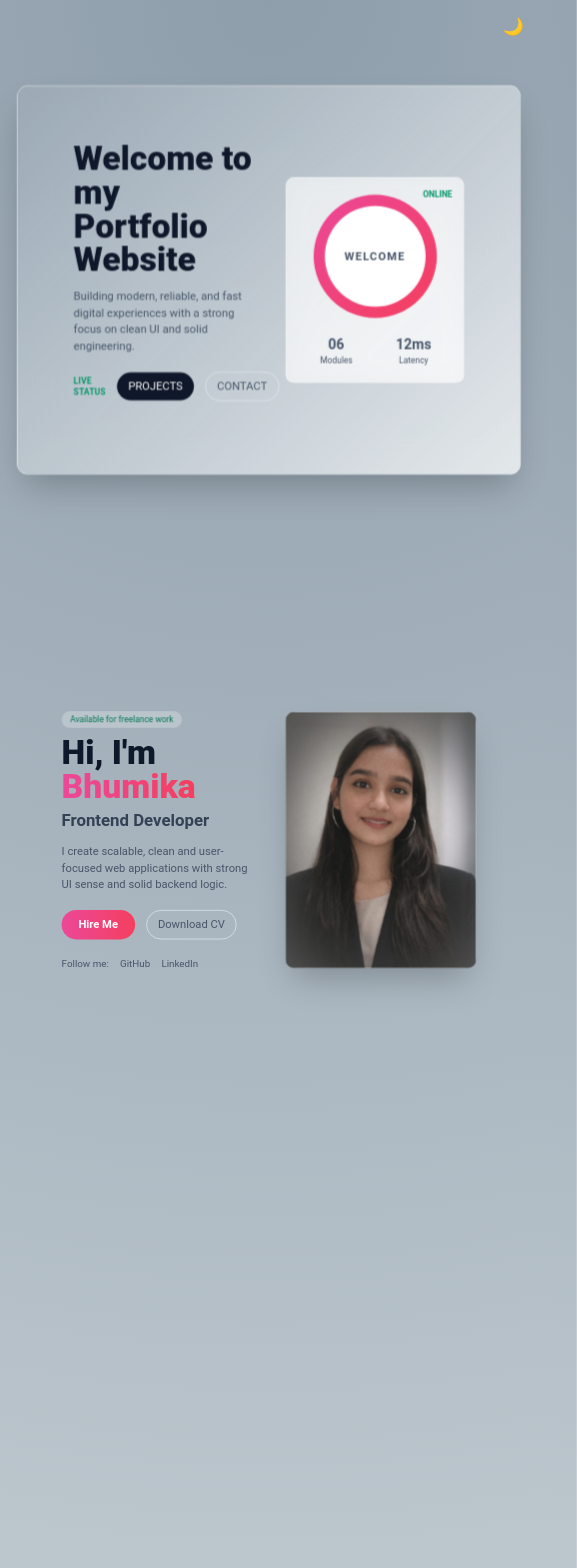
Repository: bhumikamourya/portfolio
Page: /
The author's editor kept a copy of each file at every save. The page is drawn from the files as they stood at one save, then again after the next save.
The browser window is 768 px wide. The page is 824 px wide, then 768 px, so the pictures cover 824 px, including what lies to the right of the window. The pictures show the part of the page from y = 0 to 2240 px (the page is 6720 px tall), at 70% of full size.
Some web libraries are served in a nearby version. The project was rebuilt for these pictures with package versions that can differ from the ones it lists, and the page was loaded fresh each time.

Above is the page before, as saved 2026-01-31 15:49:59.

After the next save:
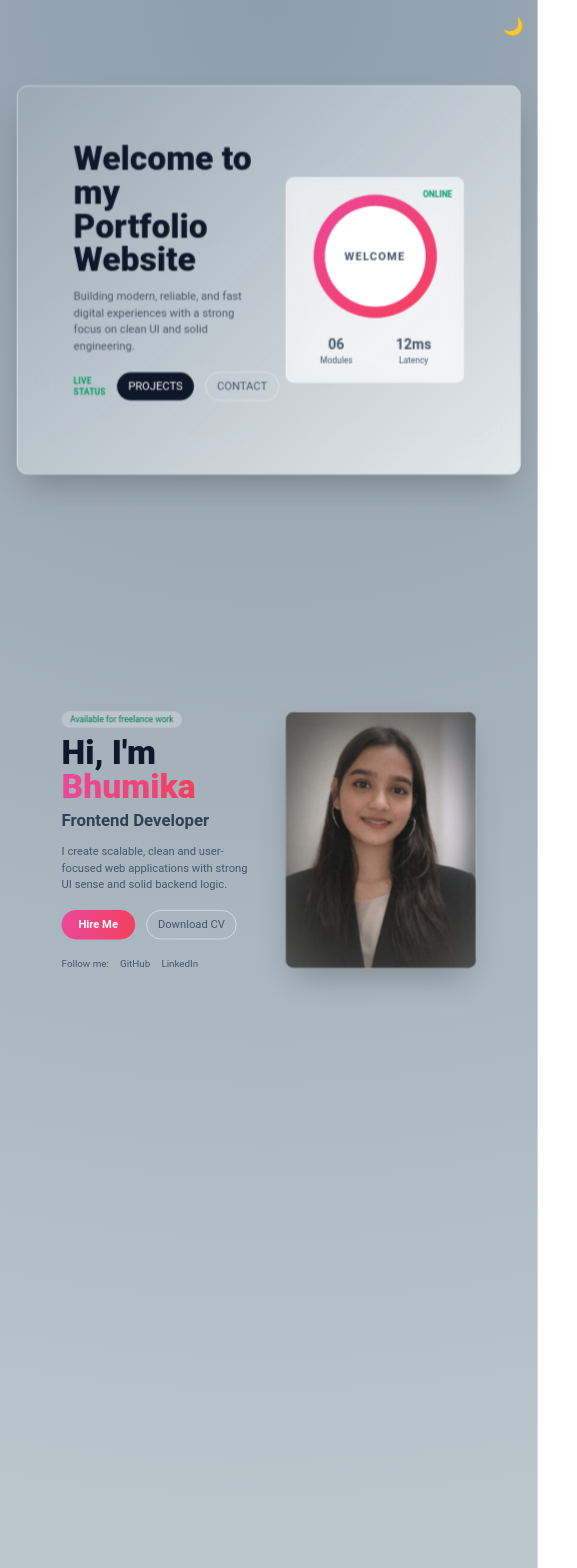
Saved 72 s later.
--- a/src/styles/App.css
+++ b/src/styles/App.css
@@ -14,11 +14,14 @@
   opacity: 1;
   transform: translateY(0);
 } */
-.reveal-left, .reveal-right {
+.reveal-left,
+.reveal-right {
   opacity: 0;
-  transition: all 0.8s ease-out;
+  transform: translateX(0);
+  transition: transform 0.8s ease-out, opacity 0.8s ease-out;
   will-change: transform, opacity;
 }
+
 .reveal-left {
   transform: translateX(-80px);
 }
@@ -123,4 +126,13 @@
   .container {
     padding: 0 10px;
   }
+  .reveal-left,
+  .reveal-right {
+    transform: translateY(40px);
+  }
+
+  .reveal-left.active,
+  .reveal-right.active {
+    transform: translateY(0);
+  }
 }
